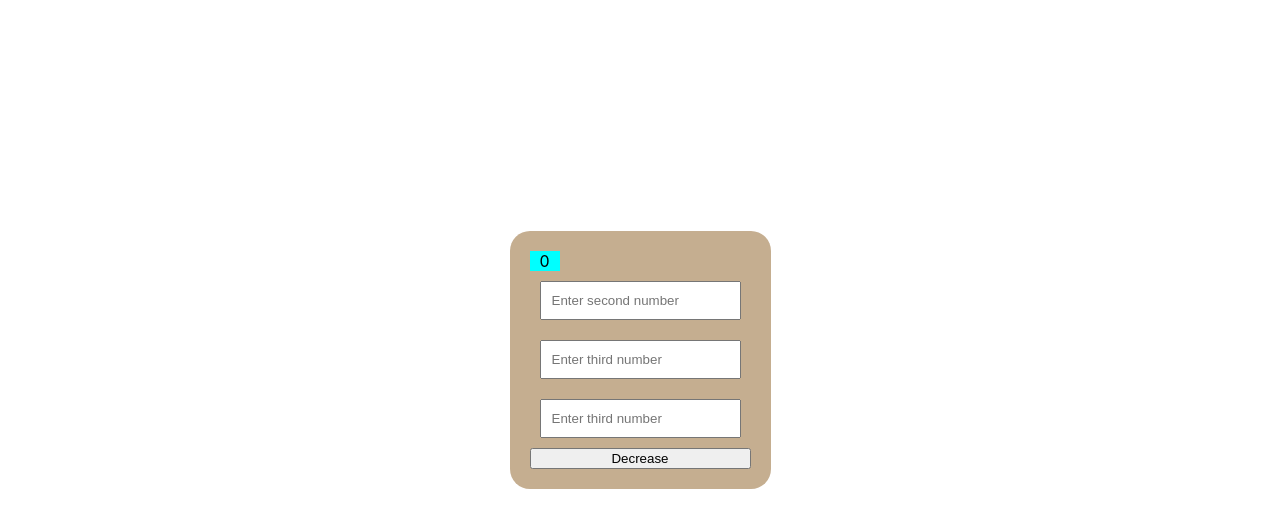
Repository: purnimapatel/SI-calculator
Page: /
The author's editor kept a copy of each file at every save. The page is drawn from the files as they stood at one save, then again after the next save.
The browser window is 1280 px wide. The pictures show the whole page.
The project was rebuilt for these pictures with package versions that can differ from the ones it lists, and the page was loaded fresh each time.

Above is the page before, as saved 2024-08-26 11:32:23.

### src/App.jsx
import logo from './logo.svg';
import './App.css';
import { useState } from 'react';

function App() {
  const[rate, setRate]=(useState(''));
  const[principle, setPrinciple]=(useState());
  const[time, setTime]=(useState(''));
  const[res, setRes]=(useState(0));
  return(

    <div className="container">
    <div className="container1">
    <div className="result">
    {res}
    </div>


    <input
        type="number"
        id = "field"
        value={rate}
        onChange={(e) => setRate(Number(e.target.value))}
        placeholder="Enter second number"
      />
      <input
        type="number"
        id="field"
        value={principle}
        onChange={(e) => setPrinciple(Number(e.target.value))}
        placeholder="Enter third number"
      />
      <input
        type="number"
        id = "field"
        value={time}
        onChange={(e) => setTime(Number(e.target.value))}
        placeholder="Enter third number"
      />
    <button className='btn2' onClick={result}>Decrease</button>
    </div>
    </div>

  )
  function result(){

    setRate('');
    setPrinciple('');
    setTime('');
    setRes((rate*principle*time)/100)

}




}


export default App;

### src/App.css
.App {
  text-align: center;

}
.container{
  display: flex;
  justify-content: center;
  align-items:center;
  height:100vh;

}
.container1{

  background-color:rgb(197, 174, 144);
  display:flex;

  flex-direction: column;
  height: auto;
  width:auto;
  padding:20px;
  border-radius: 20px;

}
.result{
  display: flex;
  text-align: center;
  justify-content: center;
  padding:0px 0px;
  background-color:aqua;
  width:30px

}
input[type=number]::-webkit-outer-spin-button,
input[type=number]::-webkit-inner-spin-button {
    -webkit-appearance: none;
    margin: 0;
}

/* Remove the spinner in Firefox */
input[type=number] {
    -moz-appearance: textfield;
}
#field{
  margin:10px;
  padding:10px;
}

Loaded but not shown: public/index.html (common file); src/index.js (common file); src/index.css (common file); src/reportWebVitals.js (common file)

After the next save:
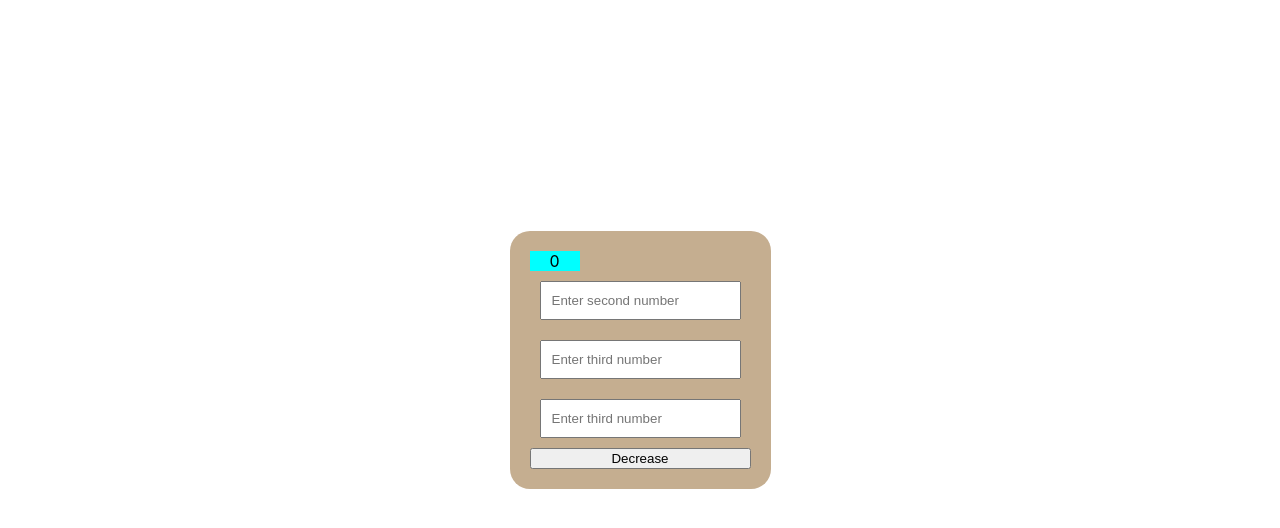
Saved 31 s later.
--- a/src/App.css
+++ b/src/App.css
@@ -27,7 +27,7 @@
   justify-content: center;
   padding:0px 0px;
   background-color:aqua;
-  width:30px
+  width:50px;
 
 }
 input[type=number]::-webkit-outer-spin-button,
